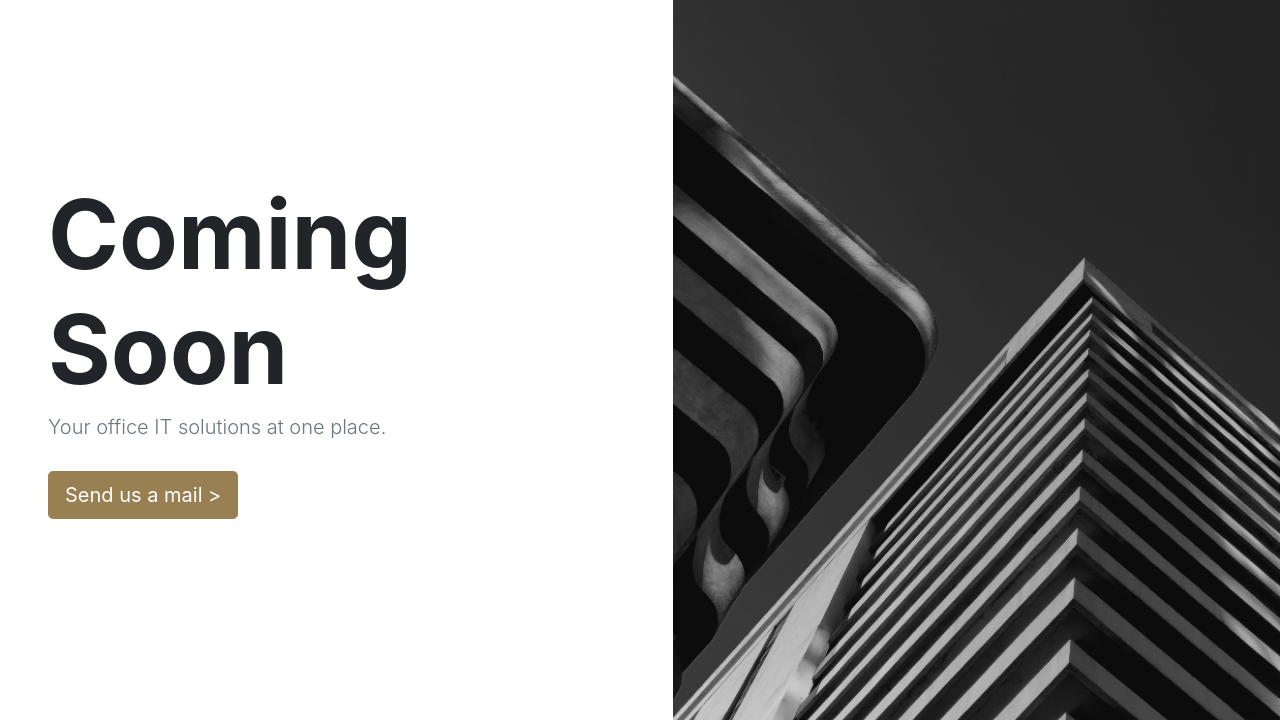
Repository: Thekxgh/website
Page: /
These files come from the project's save history. The page is drawn as it stood at one moment and after the next save; the edit follows.
The browser window is 1280 px wide. The pictures show the whole page.
The project was rebuilt for these pictures with package versions that can differ from the ones it lists, and the page was loaded fresh each time.

Above is the page before, as saved 2021-07-14 10:07:21.

### src/index.scss
$primary: #998053;
$dark: #050507;
$light-primary-bg: #DDDEE7;
$light-primary: #DDDEE7;
$theme-colors: (
    "primary": $primary,
    "info": $light-primary,
    "danger": teal,
    "dark": $dark
);

@import '~bootstrap/scss/bootstrap.scss';

.side-img{
 background: linear-gradient(to right, rgba(0, 0, 0, 0.2), rgba(0, 0, 0, 0.2) ), url('./assets/img/background.jpg') no-repeat;
 background-size: cover;
 min-height: 100vh;
}

### src/App.tsx
import React from 'react';
import { LandingPage } from './presentation/LandingPage';

function App() {
  return (
    <LandingPage />
  );
}

export default App;

### src/presentation/LandingPage.tsx
import { Col, Container, Row } from "react-bootstrap"

export const LandingPage = () => {
    return (
    <Container fluid>
        <Row className="min-vh-100 align-items-center">
            <Col className="p-5">
                <h1 className="display-1 font-weight-bold">Coming Soon</h1>
                <h5 className="text-muted font-weight-light">Your office IT solutions at one place.</h5>
                <a className="btn btn-primary btn-lg my-4" href="mailto:contact@thekxgh.com"> Send us a mail {'>'} </a>
            </Col>
            <Col className="side-img min-vh-100"></Col>
        </Row>
    </Container>
    );
}

Loaded but not shown: public/index.html (common file); src/index.tsx (common file)

After the next save:
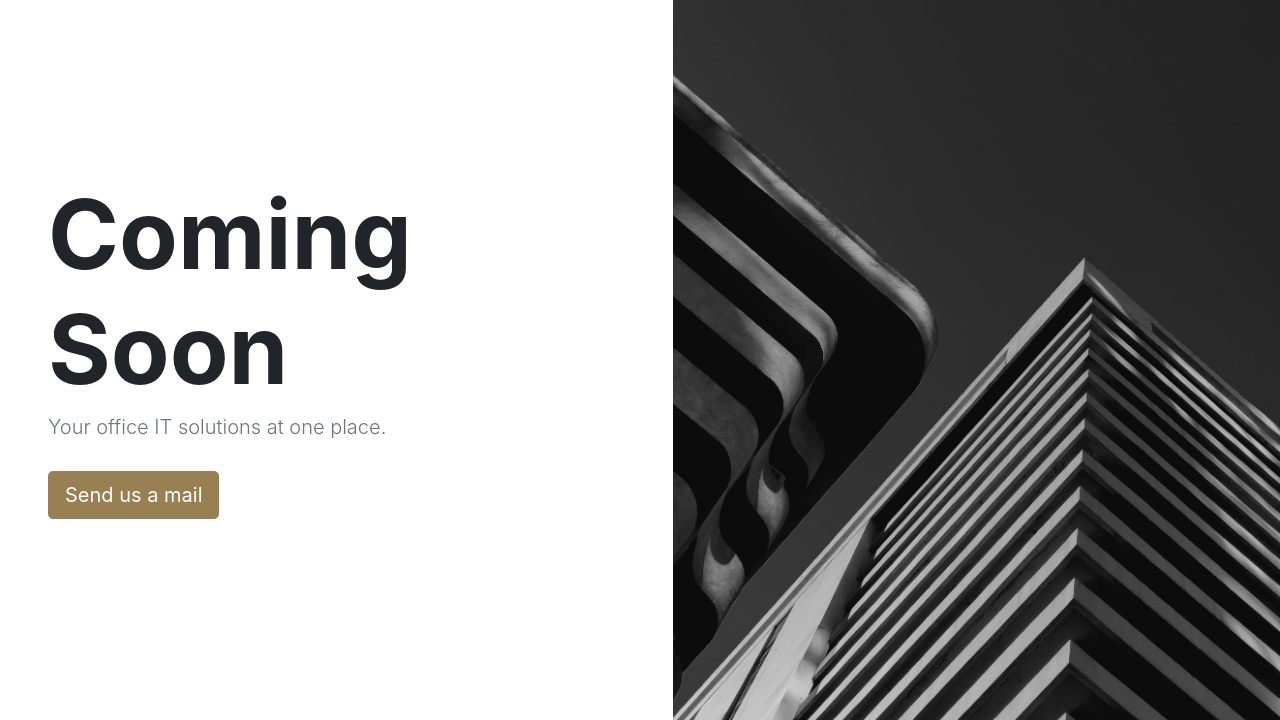
Saved 12 s later.
--- a/src/presentation/LandingPage.tsx
+++ b/src/presentation/LandingPage.tsx
@@ -7,7 +7,7 @@ export const LandingPage = () => {
             <Col className="p-5">
                 <h1 className="display-1 font-weight-bold">Coming Soon</h1>
                 <h5 className="text-muted font-weight-light">Your office IT solutions at one place.</h5>
-                <a className="btn btn-primary btn-lg my-4" href="mailto:contact@thekxgh.com"> Send us a mail {'>'} </a>
+                <a className="btn btn-primary btn-lg my-4" href="mailto:contact@thekxgh.com"> Send us a mail </a>
             </Col>
             <Col className="side-img min-vh-100"></Col>
         </Row>
